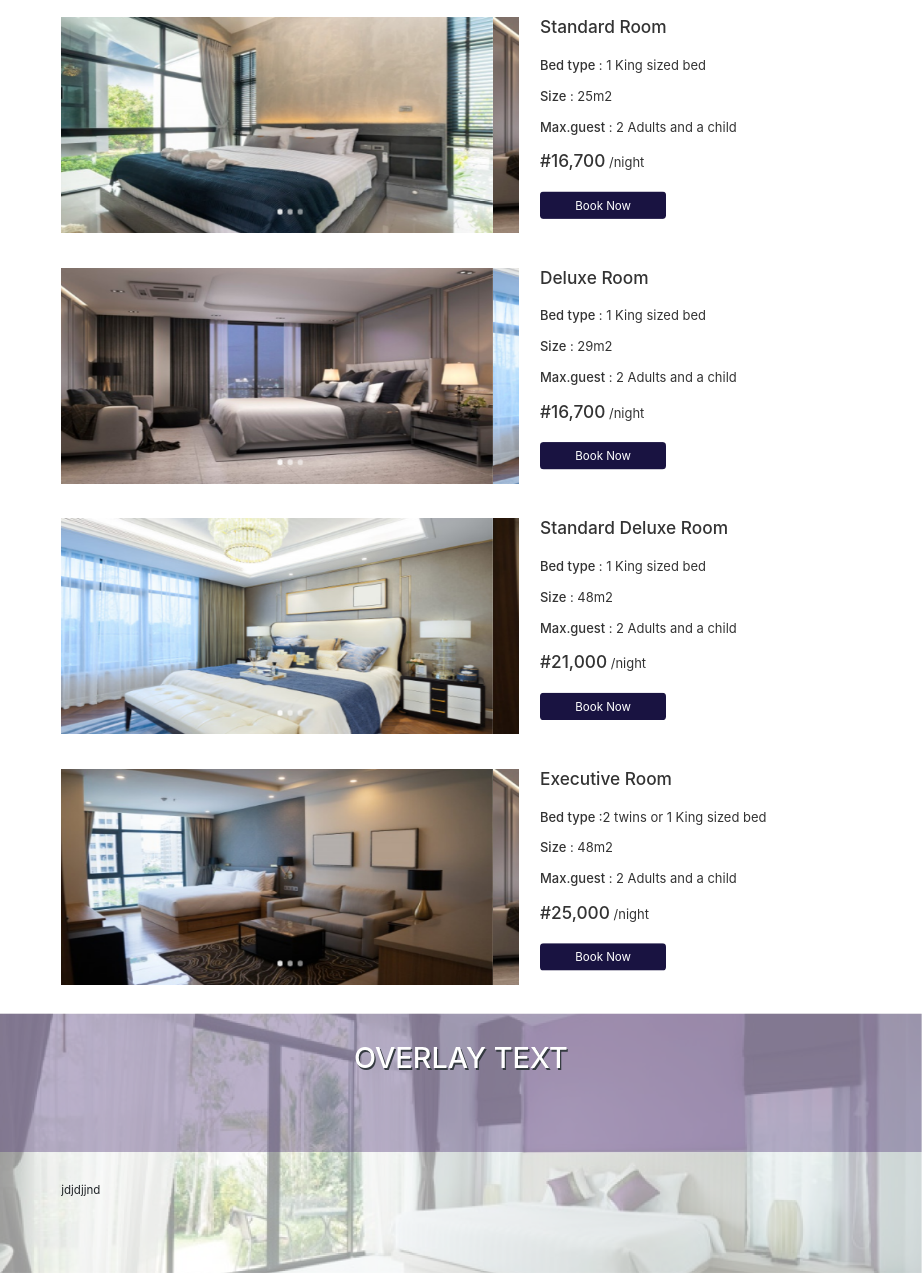
Repository: Syfon01/hotel-website
Page: room.html
These files come from the project's save history. The page is drawn as it stood at one moment and after the next save; the edit follows.
The browser window is 1280 px wide. The pictures show the whole page, at 72% of full size.

Above is the page before, as saved 2020-06-08 19:01:02.

### room.html
<!doctype html>
<html lang="en">
  <head>
    <title>Title</title>
    <!-- Required meta tags -->
    <meta charset="utf-8">
    <meta name="viewport" content="width=device-width, initial-scale=1, shrink-to-fit=no">

    <!-- Bootstrap CSS -->
    <link rel="stylesheet" href="https://stackpath.bootstrapcdn.com/bootstrap/4.3.1/css/bootstrap.min.css" integrity="sha384-ggOyR0iXCbMQv3Xipma34MD+dH/1fQ784/j6cY/iJTQUOhcWr7x9JvoRxT2MZw1T" crossorigin="anonymous">
    <link rel="stylesheet" href="room.css">
  </head>
  <body>
    <!-- carousel section -->
    <section id="carousel-section">
      <div class="container">
        <div class="row py-4">
          <div class="col-md-7 col-lg-7 col-12 col-sm-12">
            <div id="carouselExampleIndicators" class="carousel slide" data-ride="carousel">
              <ol class="carousel-indicators">
                <li data-target="#carouselExampleIndicators" data-slide-to="0" class="active"></li>
                <li data-target="#carouselExampleIndicators" data-slide-to="1"></li>
                <li data-target="#carouselExampleIndicators" data-slide-to="2"></li>
              </ol>
              <div class="carousel-inner">
                <div class="carousel-item active">
                  <img src="./img/hotel1.png" class="d-block w-100 img-carousel img-fluid" alt="...">
                </div>
                <div class="carousel-item">
                  <img src="./img/hotel2.png" class="d-block w-100 img-carousel img-fluid" alt="...">
                </div>
                <div class="carousel-item">
                  <img src="./img/hotel3.png" class="d-block w-100 img-carousel img-fluid" alt="...">
                </div>
              </div>

            </div>
          </div>
          <div class="col-md-5 col-lg-5 col-12 col-sm-12">
            <h4 class="text-purple mb-4">Standard Room</h4>
            <p class="text-purple"><span class="p-font-weight">Bed type </span>: 1 King sized bed</p>
            <p class="text-purple"><span class="p-font-weight">Size</span> : 25m2</p>
            <p class="text-purple"><span class="p-font-weight">Max.guest </span>: 2 Adults and a child</p>
            <p class="text-purple mb-4"><span class="p-font-weight p-20">#16,700</span> /night</p>
            <button class="btn btn-purple px-5">Book Now</button>
          </div>
        </div>

        <div class="row py-4">
          <div class="col-md-7 col-lg-7 col-12 col-sm-12">
            <div id="carouselExampleIndicators" class="carousel slide" data-ride="carousel">
              <ol class="carousel-indicators">
                <li data-target="#carouselExampleIndicators" data-slide-to="0" class="active"></li>
                <li data-target="#carouselExampleIndicators" data-slide-to="1"></li>
                <li data-target="#carouselExampleIndicators" data-slide-to="2"></li>
              </ol>
              <div class="carousel-inner">
                <div class="carousel-item active">
                  <img src="./img/hotel2.png" class="d-block w-100 img-carousel img-fluid" alt="...">
                </div>
                <div class="carousel-item">
                  <img src="./img/hotel3.png" class="d-block w-100 img-carousel img-fluid" alt="...">
                </div>
                <div class="carousel-item">
                  <img src="./img/hotel4.png" class="d-block w-100 img-carousel img-fluid" alt="...">
                </div>
              </div>

            </div>
          </div>
          <div class="col-md-5 col-lg-5 col-12 col-sm-12">
            <h4 class="text-purple mb-4">Deluxe Room</h4>
            <p class="text-purple"><span class="p-font-weight">Bed type </span>: 1 King sized bed</p>
            <p class="text-purple"><span class="p-font-weight">Size</span> : 29m2</p>
            <p class="text-purple"><span class="p-font-weight">Max.guest </span>: 2 Adults and a child</p>
            <p class="text-purple mb-4"><span class="p-font-weight p-20">#16,700</span> /night</p>
            <button class="btn btn-purple px-5">Book Now</button>
          </div>
        </div>

        <div class="row py-4">
          <div class="col-md-7 col-lg-7 col-12 col-sm-12">
            <div id="carouselExampleIndicators" class="carousel slide" data-ride="carousel">
              <ol class="carousel-indicators">
                <li data-target="#carouselExampleIndicators" data-slide-to="0" class="active"></li>
                <li data-target="#carouselExampleIndicators" data-slide-to="1"></li>
                <li data-target="#carouselExampleIndicators" data-slide-to="2"></li>
              </ol>
              <div class="carousel-inner">
                <div class="carousel-item active">
                  <img src="./img/hotel3.png" class="d-block w-100 img-carousel h-50 img-fluid" alt="...">
                </div>
                <div class="carousel-item">
                  <img src="./img/hotel4.png" class="d-block w-100 img-carousel img-fluid" alt="...">
                </div>
                <div class="carousel-item">
                  <img src="./img/hotel1.png" class="d-block w-100 img-carousel img-fluid" alt="...">
                </div>
              </div>

            </div>
          </div>
          <div class="col-md-5 col-lg-5 col-12 col-sm-12">
            <h4 class="text-purple mb-4">Standard Deluxe Room</h4>
            <p class="text-purple"><span class="p-font-weight">Bed type </span>: 1 King sized bed</p>
            <p class="text-purple"><span class="p-font-weight">Size</span> : 48m2</p>
            <p class="text-purple"><span class="p-font-weight">Max.guest </span>: 2 Adults and a child</p>
            <p class="text-purple mb-4"><span class="p-font-weight p-20">#21,000</span> /night</p>
            <button class="btn btn-purple px-5">Book Now</button>
          </div>
        </div>

        <div class="row py-4">
          <div class="col-md-7 col-lg-7 col-12 col-sm-12">
            <div id="carouselExampleIndicators" class="carousel slide" data-ride="carousel">
              <ol class="carousel-indicators">
                <li data-target="#carouselExampleIndicators" data-slide-to="0" class="active"></li>
                <li data-target="#carouselExampleIndicators" data-slide-to="1"></li>
                <li data-target="#carouselExampleIndicators" data-slide-to="2"></li>
              </ol>
              <div class="carousel-inner">
                <div class="carousel-item active">
                  <img src="./img/hotel4.png" class="d-block w-100 img-carousel h-50 img-fluid" alt="...">
                </div>
                <div class="carousel-item">
                  <img src="./img/hotel2.png" class="d-block w-100 img-carousel img-fluid" alt="...">
                </div>
                <div class="carousel-item">
                  <img src="./img/hotel1.png" class="d-block w-100 img-carousel img-fluid" alt="...">
                </div>
              </div>

            </div>
          </div>
          <div class="col-md-5 col-lg-5 col-12 col-sm-12">
            <h4 class="text-purple mb-4">Executive Room</h4>
            <p class="text-purple"><span class="p-font-weight">Bed type </span>:2 twins or 1 King sized bed</p>
            <p class="text-purple"><span class="p-font-weight">Size</span> : 48m2</p>
            <p class="text-purple"><span class="p-font-weight">Max.guest </span>: 2 Adults and a child</p>
            <p class="text-purple mb-4"><span class="p-font-weight p-20">#25,000</span> /night</p>
            <button class="btn btn-purple px-5">Book Now</button>
          </div>
        </div>
      </div>
    </section>

    <!-- explore section  -->
    <div class="explore py-3">
      <div class="hero flex-center">
      <div class="hero-message">
        <h1 class="hero-title">Overlay Text</h1>
      </div>
      <!-- <img src="./img/explore.png" class="explore-banner" alt="" srcset=""> -->
    </div>
</div>

<div class="container my-4">
  jdjdjjnd
</div>

    <!-- Optional JavaScript -->
    <!-- jQuery first, then Popper.js, then Bootstrap JS -->
    <script src="https://code.jquery.com/jquery-3.3.1.slim.min.js" integrity="sha384-q8i/X+965DzO0rT7abK41JStQIAqVgRVzpbzo5smXKp4YfRvH+8abtTE1Pi6jizo" crossorigin="anonymous"></script>
    <script src="https://cdnjs.cloudflare.com/ajax/libs/popper.js/1.14.7/umd/popper.min.js" integrity="sha384-UO2eT0CpHqdSJQ6hJty5KVphtPhzWj9WO1clHTMGa3JDZwrnQq4sF86dIHNDz0W1" crossorigin="anonymous"></script>
    <script src="https://stackpath.bootstrapcdn.com/bootstrap/4.3.1/js/bootstrap.min.js" integrity="sha384-JjSmVgyd0p3pXB1rRibZUAYoIIy6OrQ6VrjIEaFf/nJGzIxFDsf4x0xIM+B07jRM" crossorigin="anonymous"></script>
  </body>
</html>

### room.css
.text-purple{
 color: #333333
}
.p-font-weight{
  font-weight: 500;
}
.p-20{
  font-size: 24px;
}
p{
  font-size: 18px;;
}
.btn-purple{
  background-color: #191341;
  color: #fff;
  border-radius: 5px;
}
.img-carousel{
  height: 300px!important;
}
.carousel-indicators li{
  border-radius: 100%;
  width: 8px;
  height: 8px;
}

.hero {
  width: 100%;
  height: 100%;
  min-width: 100%;
  min-height: 100%;
  position: relative;
}

.hero::before {
  background-image: url(/img/explore.png);
  background-size: cover;
  content: "";
  display: block;
  position: absolute;
  top: 0;
  left: 0;
  width: 100%;
  height: 50vh;
  z-index: -2;
  opacity: 0.4;
}

.flex-center {
  display: flex;
  flex-direction: column;
  justify-content: center;
  align-content: center;
}
.hero-message {
  color: #fff;
  text-shadow: #343a40 2px 2px;
  min-width: 100%;
  min-height: 12em;
  position: relative;
}

@media(min-width:1024px) {
  .hero-message {
    min-width: 50%;
    min-height: 12em;
  }

  .hero-message::before {
    margin-left: 25%;
    min-width: 50%;
    min-height: 12em;
  }
}

.hero::after {
  background-color: #563d7c;
  content: "";
  display: block;
  position: absolute;
  top: 0px;
  left: 0px;
  width: 100%;
  height: 100%;
  z-index: -1;
  opacity: 0.4;
}

.hero-title,
.hero-sub-title {
  width: 100%;
  display: block;
  text-align: center;
}

.hero-title {
  margin: 3% 0;
  text-transform: uppercase;
}

After the next save:
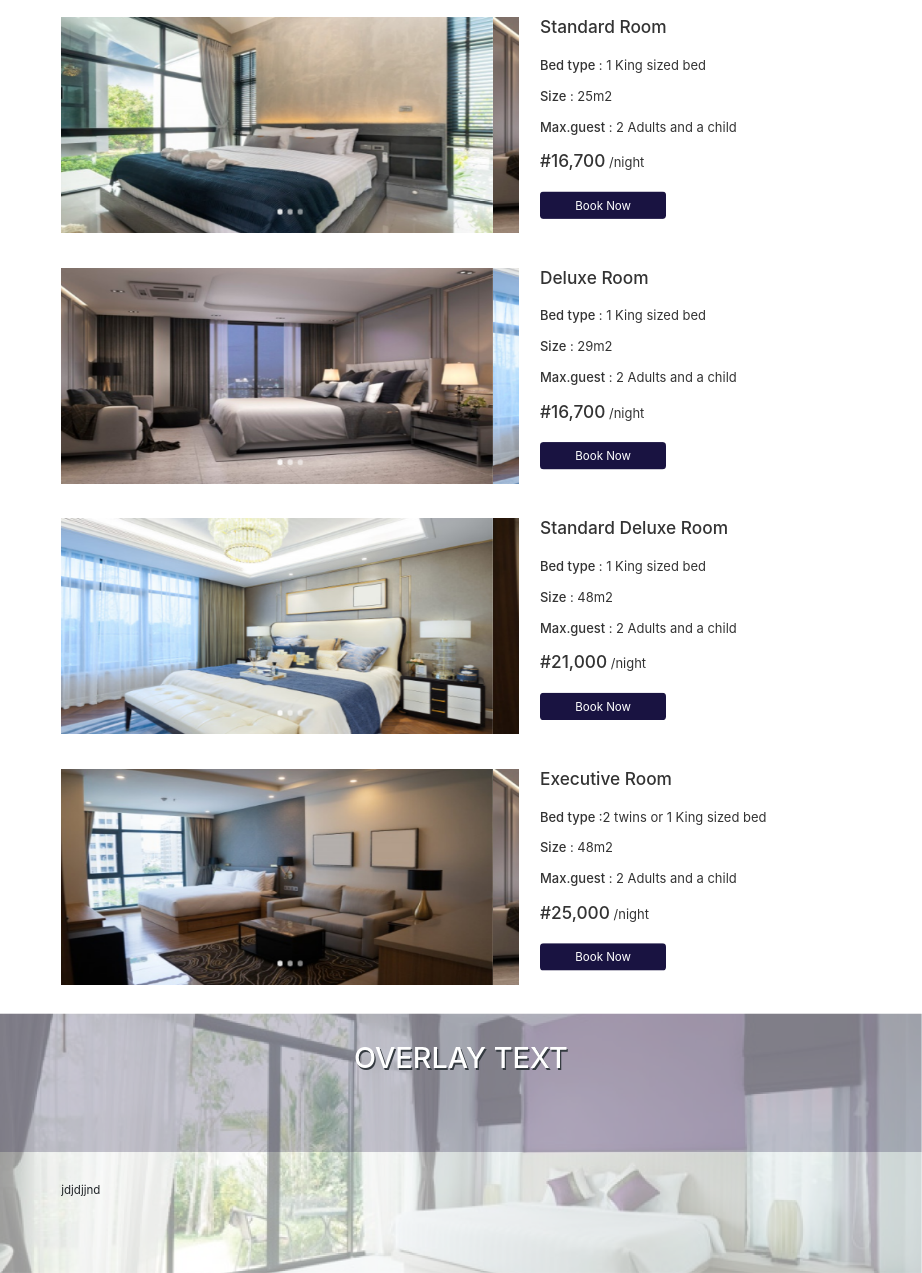
Saved 109 s later.
--- a/room.css
+++ b/room.css
@@ -74,7 +74,7 @@ p{
 }
 
 .hero::after {
-  background-color: #563d7c;
+  background: rgba(25, 19, 65, 0.6);
   content: "";
   display: block;
   position: absolute;
